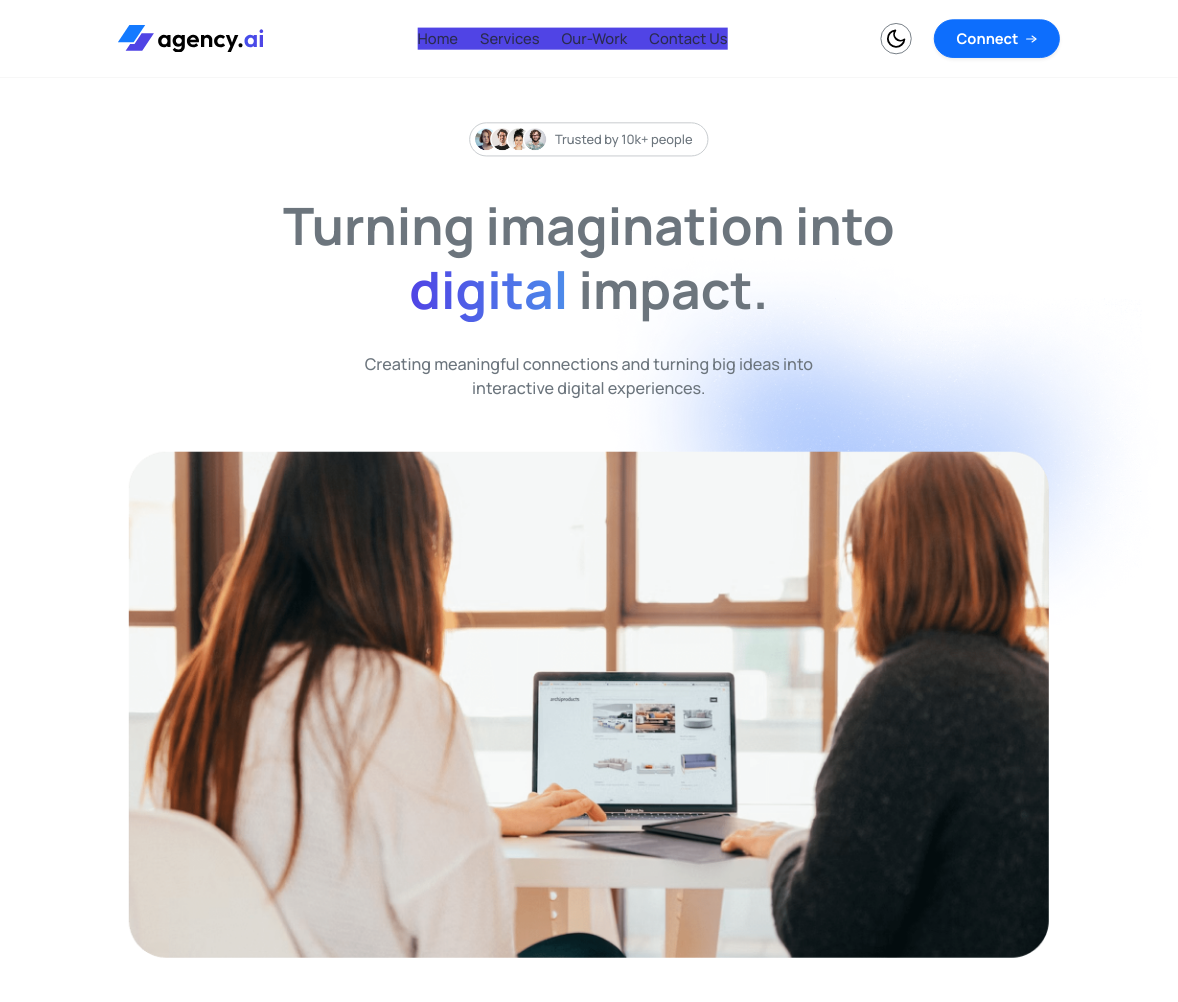
Repository: RAMADAN975/modern-agency-portfolio
Page: /
These files come from the project's save history. The page is drawn as it stood at one moment and after the next save; the edit follows.
The browser window is 1280 px wide. The pictures show the whole page, at 92% of full size.
The project was rebuilt for these pictures with package versions that can differ from the ones it lists, and the page was loaded fresh each time. Also part of the build but not shown: vite.config.js.

Above is the page before, as saved 2026-03-23 21:38:55.

### index.html
<!doctype html>
<html lang="en">

<head>
  <meta charset="UTF-8" />
  <link rel="icon" type="image/svg+xml" href="/favicon.svg" />
  <meta name="viewport" content="width=device-width, initial-scale=1.0" />
  <title>Agency.AI - GreatStack</title>
</head>

<body>
  <div id="root"></div>
  <script type="module" src="/src/main.jsx"></script>
</body>

</html>

### src/main.jsx
import { StrictMode } from 'react'
import { createRoot } from 'react-dom/client'
import 'bootstrap/dist/css/bootstrap.min.css';
import './index.css'
import App from './App.jsx'

createRoot(document.getElementById('root')).render(
  <StrictMode>
    <App />
  </StrictMode>,
)

### src/index.css
/* 1. الخطوط والأساسيات */
@import url('https://fonts.googleapis.com/css2?family=Josefin+Sans:wght@400;600&family=Manrope:wght@400;500;700&display=swap');

* {
  font-family: "Manrope", sans-serif;
  transition: background-color 0.3s ease, color 0.3s ease;
}

/* 2. تنسيق الـ Navbar العام */
.nav-container {
  padding-left: 5%;
  padding-right: 5%;
  height: 85px;
}

.blur-nav {
  backdrop-filter: blur(15px);
  -webkit-backdrop-filter: blur(15px);
  border-bottom: 1px solid rgba(150, 150, 150, 0.1);
}

/* ألوان الخلفية حسب الثيم (بوتستراب 5.3) */
[data-bs-theme="light"] .blur-nav {
  background-color: rgba(255, 255, 255, 0.85);
}

[data-bs-theme="dark"] .blur-nav {
  background-color: rgba(17, 24, 39, 0.85);
}

/* 3. اللوجو والروابط */
.logo-img {
  width: 8.5rem;
}

@media (min-width: 576px) {
  .logo-img {
    width: 10rem;
  }

  .nav-container {
    padding-left: 10%;
    padding-right: 10%;
  }
}

.nav-link-custom {
  font-weight: 500;
  opacity: 0.8;
  transition: 0.2s;
}

.nav-link-custom:hover {
  opacity: 1;
  color: #5044E5 !important;
}

/* 4. القائمة الجانبية للموبايل (Mobile Sidebar) */
@media (max-width: 575.98px) {
  .mobile-sidebar {
    position: fixed;
    top: 0;
    bottom: 0;
    right: 0;
    height: 100vh;
    z-index: 1050;
    background-color: #5044E5;
    /* لون الـ Primary */
    color: white !important;
    transition: width 0.4s cubic-bezier(0.4, 0, 0.2, 1);
    display: flex;
    flex-direction: column;
    padding-top: 6rem;
  }

  .sidebar-closed {
    width: 0;
    overflow: hidden;
    opacity: 0;
  }

  .sidebar-open {
    width: 260px;
    padding-left: 2.5rem;
    opacity: 1;
  }

  .mobile-sidebar a {
    color: white !important;
    font-size: 1.2rem;
  }
}

/* هذا الكلاس هو المسؤول عن تلوين الكلمة */
.text-gradient {
  /* التدرج اللوني من البنفسجي/الأزرق إلى الأزرق الفاتح */
  background: linear-gradient(to right, #5044E5, #4d8cea);

  /* هذه الأسطر هي التي تجعل اللون يظهر "داخل" الحروف فقط */
  -webkit-background-clip: text;
  -webkit-text-fill-color: transparent;
  background-clip: text;

  display: inline-block;
  /* لضمان عمل التدرج بشكل صحيح */
}

/* عندما يكون السمة dark، أي عنصر يحمل هذا الكلاس سيختفي */
[data-bs-theme="dark"] .d-dark-none {
  display: none !important;
}

/* تنسيق الصورة الزرقاء في الوضع الفاتح فقط */
.hero-bg-decor {
  position: absolute;
  top: -100px;
  right: -100px;
  z-index: -1;
  width: 800px;
  opacity: 0.7;
  pointer-events: none;
}

### src/App.jsx
import React, { useState } from 'react'
import Navbar from './Components/navbar'
import Hero from './Components/Hero'

const App = () => {

  const [theme, setTheme] = useState(localStorage.getItem('theme') ? localStorage.getItem('theme') : 'light')

  return (
    <div className='dark:bg-black relative'>
      <Navbar theme={theme} setTheme={setTheme} />
      <Hero />
    </div>
  )
}

export default App

### src/Components/navbar.jsx
import { useState } from 'react'
import assets from '../assets/assets'
import ThemeToggleBtn from './ThemeToggleBtn'

const Navbar = ({ theme, setTheme }) => {
    const [sidebarOpen, setSidebarOpen] = useState(false)

    return (
        <nav className="d-flex justify-content-between align-items-center w-100 sticky-top z-3 blur-nav nav-container">

            {/* اللوجو */}
            <img
                src={theme === 'dark' ? assets.logo_dark : assets.logo}
                className="logo-img"
                alt="Logo"
            />

            {/* القائمة (الروابط) - تتحول لـ Sidebar في الموبايل */}
            <div className={`d-flex flex-column flex-sm-row gap-3 gap-sm-4 align-items-sm-center mobile-sidebar ${!sidebarOpen ? 'sidebar-closed' : 'sidebar-open'}`}>

                {/* زر الإغلاق في الموبايل فقط */}
                <img
                    src={assets.close_icon}
                    alt="close"
                    className="d-sm-none position-absolute"
                    style={{ width: '20px', right: '20px', top: '20px', cursor: 'pointer' }}
                    onClick={() => setSidebarOpen(false)}
                />

                <a onClick={() => setSidebarOpen(false)} href="#" className="text-decoration-none text-reset nav-link-custom">Home</a>
                <a onClick={() => setSidebarOpen(false)} href="#services" className="text-decoration-none text-reset nav-link-custom">Services</a>
                <a onClick={() => setSidebarOpen(false)} href="#our-work" className="text-decoration-none text-reset nav-link-custom">Our-Work</a>
                <a onClick={() => setSidebarOpen(false)} href="#contact-us" className="text-decoration-none text-reset nav-link-custom">Contact Us</a>
            </div>

            {/* الأزرار اليمنى (Toggle + Connect) */}
            <div className="d-flex align-items-center gap-2 gap-sm-4">
                <ThemeToggleBtn theme={theme} setTheme={setTheme} />

                {/* أيقونة المنيو للموبايل */}
                <img
                    src={theme === 'dark' ? assets.menu_icon_dark : assets.menu_icon}
                    alt="menu"
                    onClick={() => setSidebarOpen(true)}
                    className="d-sm-none"
                    style={{ width: '30px', cursor: 'pointer' }}
                />

                <a href="#contact-us" className="btn btn-primary rounded-pill d-none d-sm-flex align-items-center gap-2 px-4 py-2 shadow-sm fw-bold">
                    Connect <img src={assets.arrow_icon} width={12} alt="" />
                </a>
            </div>
        </nav>
    )
}

export default Navbar

### src/Components/Hero.jsx
import React from 'react'
import assets from '../assets/assets'

const Hero = () => {
    return (
        // تم استخدام d-flex flex-column للترتيب، و py-5 للمسافات
        <div id='hero' className="d-flex flex-column align-items-center gap-4 py-5 px-3 text-center w-100 overflow-hidden text-secondary">

            {/* الشارة العليا - Trusted Badge */}
            <div className="d-inline-flex align-items-center gap-2 border border-secondary-subtle p-1 pe-3 rounded-pill bg-body">
                <img style={{ width: '80px' }} src={assets.group_profile} alt="" />
                <p className="mb-0 small fw-medium">Trusted by 10k+ people</p>
            </div>

            {/* العنوان الرئيسي - Heading */}
            <h1 className="display-4 fw-bold lh-sm mt-3" style={{ maxWidth: '800px' }}>
                Turning imagination into <br />
                <span className="text-gradient">digital</span> impact.
            </h1>

            {/* الوصف - Description */}
            <p className="text-secondary fw-medium mx-auto pb-3" style={{ maxWidth: '500px', fontSize: '1.1rem' }}>
                Creating meaningful connections and turning big ideas into interactive digital experiences.
            </p>

            {/* منطقة الصور - Image Section */}
            <div className="position-relative w-100 d-flex justify-content-center">
                {/* الصورة الأساسية */}
                <img src={assets.hero_img} alt="Hero" className="img-fluid position-relative z-1" style={{ maxWidth: '1000px' }} />

                {/* الصورة الزرقاء (الخلفية) - تم استخدام اختصارات الموضع */}
                <img
                    src={assets.bgImage1}
                    alt=""
                    className="position-absolute top-0 end-0 translate-middle-y z-n1 d-none d-md-block"
                    style={{ width: '50%', opacity: 0.6, right: '-10%', pointerEvents: 'none' }}
                />
            </div>

        </div>
    )
}

export default Hero

### src/assets/assets.js
import logo from './logo.svg'
import arrow_icon from './arrow_icon.svg'
import group_profile from './group_profile.png'
import bgImage1 from './bgImage1.png'
import bgImage2 from './bgImage2.png'
import hero_img from './hero_img.png'
import microsoft_logo from './microsoft_logo.png'
import zoom_logo from './zoom_logo.png'
import rakuten_logo from './rakuten_logo.png'
import coinbase_logo from './coinbase_logo.png'
import ads_icon from './ads_icon.svg'
import content_icon from './content_icon.svg'
import marketing_icon from './marketing_icon.svg'
import social_icon from './social_icon.svg'
import menu_icon from './menu_icon.svg'
import close_icon from './close_icon.svg'
import work_mobile_app from './work_mobile_app.png'
import work_fitness_app from './work_fitness_app.png'
import work_dashboard_management from './work_dashboard_management.png'
import email_icon from './email_icon.svg'
import person_icon from './person_icon.svg'
import facebook_icon from './facebook_icon.svg'
import twitter_icon from './twitter_icon.svg'
import instagram_icon from './instagram_icon.svg'
import linkedin_icon from './linkedin_icon.svg'
import logo_dark from './logo_dark.svg'
import airbnb_logo from './airbnb_logo.svg'
import google_logo from './google_logo.svg'
import menu_icon_dark from './menu_icon_dark.svg'
import sun_icon from './sun_icon.svg'
import moon_icon from './moon_icon.svg'


export const company_logos = [
  microsoft_logo,
  zoom_logo,
  rakuten_logo,
  coinbase_logo,
  airbnb_logo,
  google_logo,
]

const assets = {
  logo,
  arrow_icon,
  group_profile,
  bgImage1,
  bgImage2,
  hero_img,
  ads_icon,
  content_icon,
  marketing_icon,
  social_icon,
  menu_icon,
  close_icon,
  work_mobile_app,
  work_fitness_app,
  work_dashboard_management,
  email_icon,
  person_icon,
  facebook_icon,
  twitter_icon,
  instagram_icon,
  linkedin_icon,
  logo_dark,
  menu_icon_dark,
  sun_icon,
  moon_icon
}

export default assets

export const teamData = [
  { name: 'Haley Carter', title: 'CEO & founder', image: 'https://images.unsplash.com/photo-1633332755192-727a05c4013d?q=80&w=200' },
  { name: 'James Walker', title: 'Ads manager', image: 'https://images.unsplash.com/photo-1535713875002-d1d0cf377fde?q=80&w=200' },
  { name: 'Jessica Morgan', title: 'Vice president', image: 'https://images.unsplash.com/photo-1438761681033-6461ffad8d80?q=80&w=200&h=200&auto=format&fit=crop' },
  { name: 'Ashley Bennett', title: 'Marketing & sales', image: 'https://randomuser.me/api/portraits/women/10.jpg' },
  { name: 'Emily Parker', title: 'Content marketer', image: 'https://randomuser.me/api/portraits/women/11.jpg' },
  { name: 'Ryan Mitchell', title: 'Content writer', image: 'https://randomuser.me/api/portraits/men/9.jpg' },
  { name: 'Megan Brooks', title: 'Performance manager', image: 'https://randomuser.me/api/portraits/women/12.jpg' },
  { name: 'Amber Foster', title: 'Senior writer', image: 'https://randomuser.me/api/portraits/women/14.jpg' },
]

### src/Components/ThemeToggleBtn.jsx
import { useEffect } from 'react'
import assets from '../assets/assets'

const ThemeToggleBtn = ({ theme, setTheme }) => {

    useEffect(() => {
        // التحقق من التفضيل المحفوظ أو تفضيل النظام
        const savedTheme = localStorage.getItem('theme');
        const prefersDarkMode = window.matchMedia('(prefers-color-scheme: dark)').matches;

        const initialTheme = savedTheme || (prefersDarkMode ? 'dark' : 'light');
        setTheme(initialTheme);
    }, []);

    useEffect(() => {
        if (theme) {
            // بوتستراب v5.3 يعتمد على سمة data-bs-theme بدلاً من كلاس dark
            document.documentElement.setAttribute('data-bs-theme', theme);

            // للحفاظ على التوافق مع أي تنسيقات قديمة تعتمد على الكلاس
            if (theme === 'dark') {
                document.documentElement.classList.add('dark');
            } else {
                document.documentElement.classList.remove('dark');
            }

            localStorage.setItem('theme', theme);
        }
    }, [theme]);

    return (
        <button className="btn p-0 border-0 shadow-none" type="button">
            {theme === 'dark' ? (
                <img
                    onClick={() => setTheme('light')}
                    src={assets.sun_icon}
                    className="border border-secondary rounded-circle p-1"
                    style={{ width: '34px', height: '34px', objectFit: 'contain' }}
                    alt="Light Mode"
                />
            ) : (
                <img
                    onClick={() => setTheme('dark')}
                    src={assets.moon_icon}
                    className="border border-secondary rounded-circle p-1"
                    style={{ width: '34px', height: '34px', objectFit: 'contain' }}
                    alt="Dark Mode"
                />
            )}
        </button>
    )
}

export default ThemeToggleBtn;

After the next save:
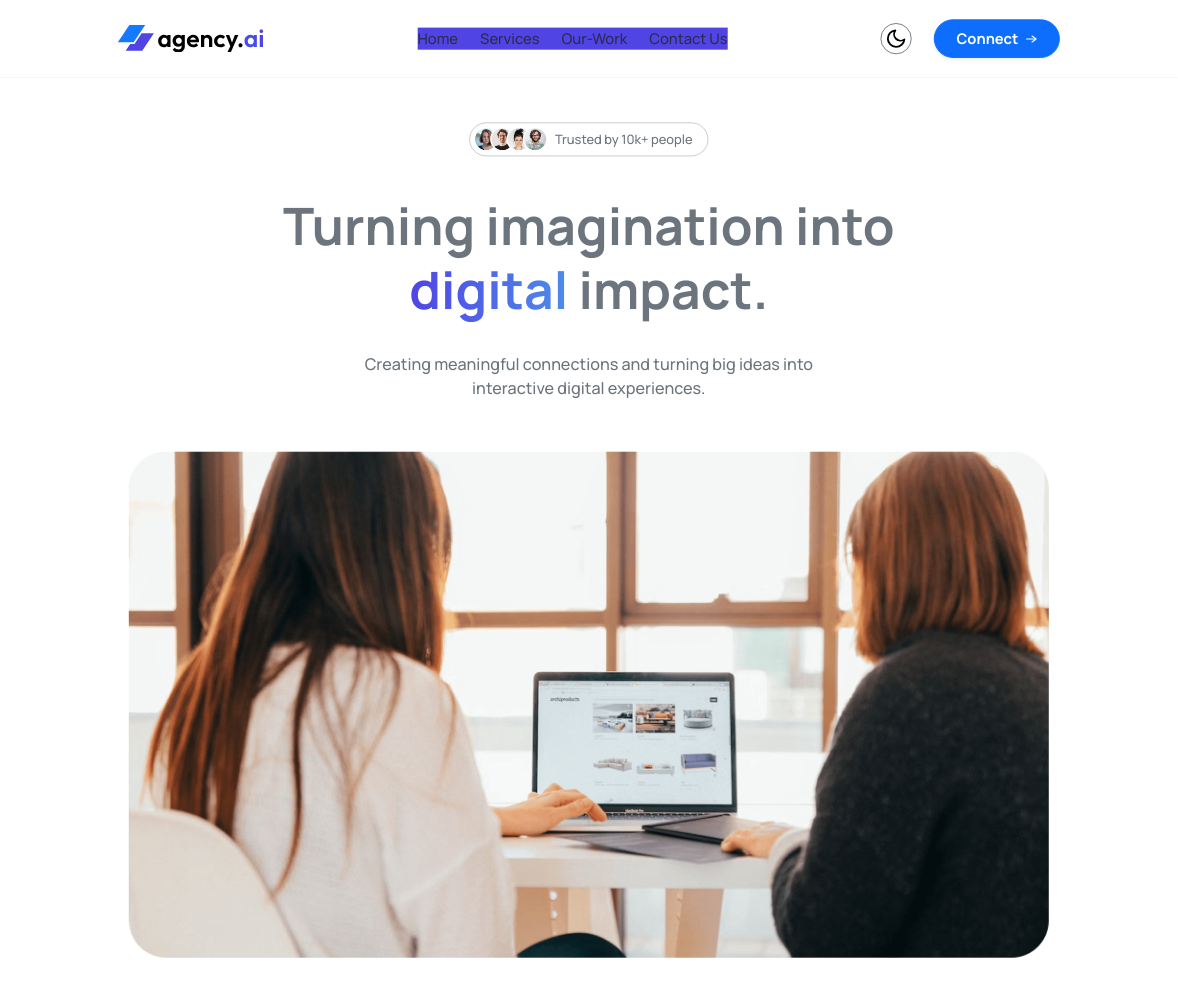
Saved 78 s later.
--- a/src/Components/Hero.jsx
+++ b/src/Components/Hero.jsx
@@ -29,12 +29,12 @@
                 <img src={assets.hero_img} alt="Hero" className="img-fluid position-relative z-1" style={{ maxWidth: '1000px' }} />
 
                 {/* الصورة الزرقاء (الخلفية) - تم استخدام اختصارات الموضع */}
-                <img
+                {/* <img
                     src={assets.bgImage1}
                     alt=""
                     className="position-absolute top-0 end-0 translate-middle-y z-n1 d-none d-md-block"
                     style={{ width: '50%', opacity: 0.6, right: '-10%', pointerEvents: 'none' }}
-                />
+                /> */}
             </div>
 
         </div>
